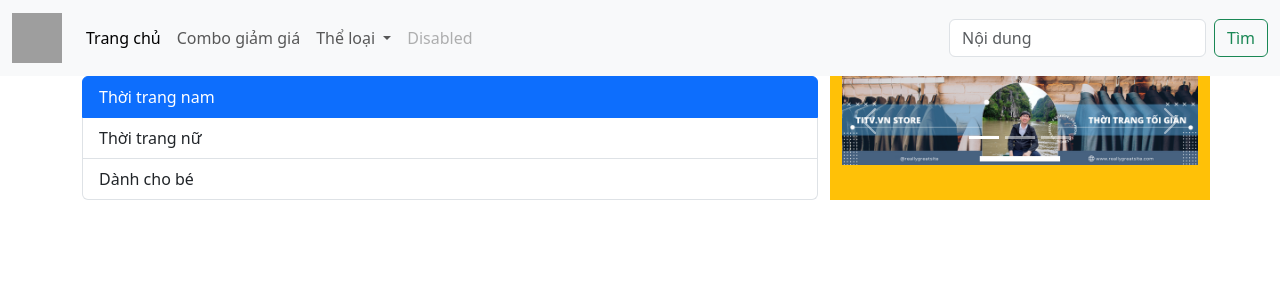
Repository: Vanh260703/Java-Servlet
Page: Bai4_Boostrap/src/main/webapp/index.html
These files come from the project's save history. The page is drawn as it stood at one moment and after the next save; the edit follows.
The browser window is 1280 px wide. The pictures show the whole page.
Pictures or frames that could not be fetched are drawn as grey boxes.

Above is the page before, as saved 2025-03-01 14:53:49.

### Bai4_Boostrap/src/main/webapp/index.html
<!DOCTYPE html>
<html>

<head>
<meta charset="UTF-8">
<title>Ví dụ Boostrap</title>
<link
	href="https://cdn.jsdelivr.net/npm/bootstrap@5.3.3/dist/css/bootstrap.min.css"
	rel="stylesheet"
	integrity="sha384-QWTKZyjpPEjISv5WaRU9OFeRpok6YctnYmDr5pNlyT2bRjXh0JMhjY6hW+ALEwIH"
	crossorigin="anonymous">
<script
	src="https://cdn.jsdelivr.net/npm/@popperjs/core@2.11.8/dist/umd/popper.min.js"
	integrity="sha384-I7E8VVD/ismYTF4hNIPjVp/Zjvgyol6VFvRkX/vR+Vc4jQkC+hVqc2pM8ODewa9r"
	crossorigin="anonymous"></script>
<script
	src="https://cdn.jsdelivr.net/npm/bootstrap@5.3.3/dist/js/bootstrap.min.js"
	integrity="sha384-0pUGZvbkm6XF6gxjEnlmuGrJXVbNuzT9qBBavbLwCsOGabYfZo0T0to5eqruptLy"
	crossorigin="anonymous"></script>
</head>

<body>
	<!--Navbar-->
	<nav class="navbar navbar-expand-lg bg-body-tertiary">
		<div class="container-fluid">
			<a class="navbar-brand" href="#"> <img
				src="https://www.saokim.com.vn/blog/wp-content/uploads/2022/04/logo-moi-cua-starbucks.jpg.webp"
				alt="Bootstrap" width="50" height="50">
			</a>
			<button class="navbar-toggler" type="button"
				data-bs-toggle="collapse" data-bs-target="#navbarSupportedContent"
				aria-controls="navbarSupportedContent" aria-expanded="false"
				aria-label="Toggle navigation">
				<span class="navbar-toggler-icon"></span>
			</button>
			<div class="collapse navbar-collapse" id="navbarSupportedContent">
				<ul class="navbar-nav me-auto mb-2 mb-lg-0">
					<li class="nav-item"><a class="nav-link active"
						aria-current="page" href="#">Trang chủ</a></li>
					<li class="nav-item"><a class="nav-link" href="#">Combo
							giảm giá</a></li>
					<li class="nav-item dropdown"><a
						class="nav-link dropdown-toggle" href="#" role="button"
						data-bs-toggle="dropdown" aria-expanded="false"> Thể loại </a>
						<ul class="dropdown-menu">
							<li><a class="dropdown-item" href="#">Quần Jean</a></li>
							<li><a class="dropdown-item" href="#">Áo thun</a></li>
							<li>
								<hr class="dropdown-divider">
							</li>
							<li><a class="dropdown-item" href="#">Áo sơ mi</a></li>
						</ul></li>
					<li class="nav-item"><a class="nav-link disabled"
						aria-disabled="true">Disabled</a></li>
				</ul>
				<form class="d-flex" role="search">
					<input class="form-control me-2" type="search"
						placeholder="Nội dung" aria-label="Search">
					<button class="btn btn-outline-success" type="submit">Tìm</button>
				</form>
			</div>
		</div>
	</nav>
	<!-- End Navbar -->

	<!-- Page content -->
	<div class="container">
		<div class="row">
			<!-- Menu left -->
			<div class="col-8">
				<div class="list-group">
					<button type="button"
						class="list-group-item list-group-item-action active"
						aria-current="true">Thời trang nam</button>
					<button type="button"
						class="list-group-item list-group-item-action">Thời trang
						nữ</button>
					<button type="button"
						class="list-group-item list-group-item-action">Dành cho
						bé</button>
				</div>
				<!-- End Menu left -->
			</div>
			<!-- Slider and Product right -->
			<div class="col-4 bg-warning">
				<!-- Slider -->
				<div id="carouselExampleIndicators" class="carousel slide">
					<div class="carousel-indicators">
						<button type="button" data-bs-target="#carouselExampleIndicators"
							data-bs-slide-to="0" class="active" aria-current="true"
							aria-label="Slide 1"></button>
						<button type="button" data-bs-target="#carouselExampleIndicators"
							data-bs-slide-to="1" aria-label="Slide 2"></button>
						<button type="button" data-bs-target="#carouselExampleIndicators"
							data-bs-slide-to="2" aria-label="Slide 3"></button>
					</div>
					<div class="carousel-inner">
						<div class="carousel-item active">
							<img src="img/slider/1.png" class="d-block w-100" alt="...">
						</div>
						<div class="carousel-item">
							<img src="img/slider/1.png" class="d-block w-100" alt="...">
						</div>
						<div class="carousel-item">
							<img src="img/slider/1.png" class="d-block w-100" alt="...">
						</div>
					</div>
					<button class="carousel-control-prev" type="button"
						data-bs-target="#carouselExampleIndicators" data-bs-slide="prev">
						<span class="carousel-control-prev-icon" aria-hidden="true"></span>
						<span class="visually-hidden">Previous</span>
					</button>
					<button class="carousel-control-next" type="button"
						data-bs-target="#carouselExampleIndicators" data-bs-slide="next">
						<span class="carousel-control-next-icon" aria-hidden="true"></span>
						<span class="visually-hidden">Next</span>
					</button>
				</div>
				<!-- End Slider -->
			</div>
			<!-- End Slider and Products -->
		</div>
	</div>
	<!--  End Page content -->

</body>

</html>

After the next save:
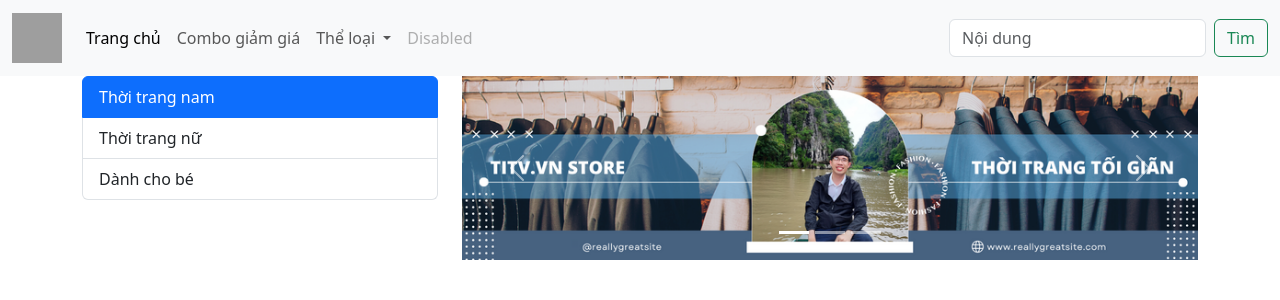
Saved 84 s later.
--- a/Bai4_Boostrap/src/main/webapp/index.html
+++ b/Bai4_Boostrap/src/main/webapp/index.html
@@ -67,7 +67,7 @@
 	<div class="container">
 		<div class="row">
 			<!-- Menu left -->
-			<div class="col-8">
+			<div class="col-4">
 				<div class="list-group">
 					<button type="button"
 						class="list-group-item list-group-item-action active"
@@ -82,7 +82,7 @@
 				<!-- End Menu left -->
 			</div>
 			<!-- Slider and Product right -->
-			<div class="col-4 bg-warning">
+			<div class="col-8 ">
 				<!-- Slider -->
 				<div id="carouselExampleIndicators" class="carousel slide">
 					<div class="carousel-indicators">
